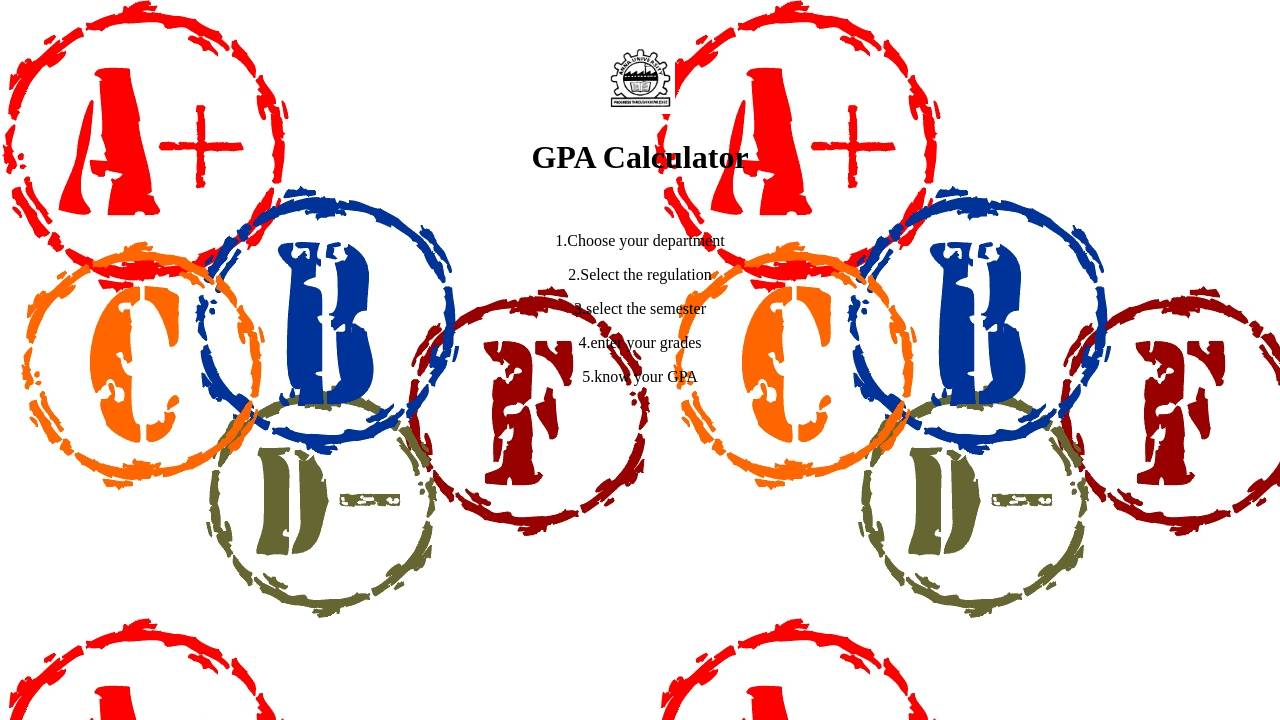
Repository: vigineshs/Mobile-Applications
Page: AnnaUniv GPA Calc/AnnaUniv GPA Calculator w/assets/www/index.html
These files come from the project's save history. The page is drawn as it stood at one moment and after the next save; the edit follows.
The browser window is 1280 px wide. The pictures show the whole page.

Above is the page before, as saved 2012-05-04 05:50:15.

### AnnaUniv GPA Calc/AnnaUniv GPA Calculator w/assets/www/index.html
<!DOCTYPE HTML>
<html>
<head>
<title>PhoneGap</title>
<script type="text/javascript" charset="utf-8" src="/AnnaUniv GPA Calculator/assets/www/cordova-1.7.0.js"></script>
<META HTTP-EQUIV=Refresh CONTENT="10; URL=home.html">
</head>
<body background="importance of grades in job search.jpg" >
<br /> <br /> <center><img src="anna_university_logo.png" style="width:70px; height:70px" />
<h1>GPA Calculator</h1><br />
<p>1.Choose your department</p>
<p>2.Select the regulation</p>
<p>3.select the semester</p>
<p>4.enter your grades</p>
<p>5.know your GPA</p>
</center>
</body>
</html>

Loaded but not shown: AnnaUniv GPA Calc/AnnaUniv GPA Calculator w/assets/www/cordova-1.7.0.js (library)

After the next save:
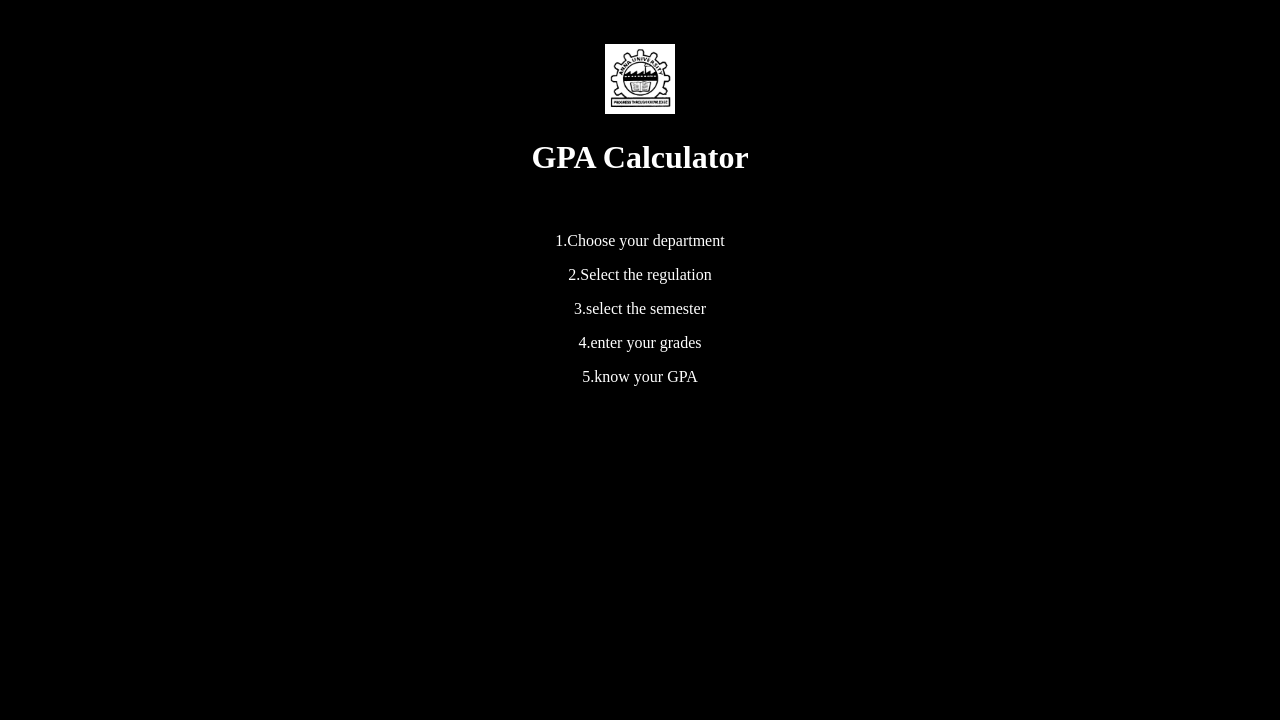
Saved 63 min 0 s later.
--- a/AnnaUniv GPA Calc/AnnaUniv GPA Calculator w/assets/www/index.html
+++ b/AnnaUniv GPA Calc/AnnaUniv GPA Calculator w/assets/www/index.html
@@ -5,7 +5,7 @@
 <script type="text/javascript" charset="utf-8" src="/AnnaUniv GPA Calculator/assets/www/cordova-1.7.0.js"></script>
 <META HTTP-EQUIV=Refresh CONTENT="10; URL=home.html">
 </head>
-<body background="importance of grades in job search.jpg" >
+<body style="background-color:black; color:white" >
 <br /> <br /> <center><img src="anna_university_logo.png" style="width:70px; height:70px" />
 <h1>GPA Calculator</h1><br />
 <p>1.Choose your department</p>
